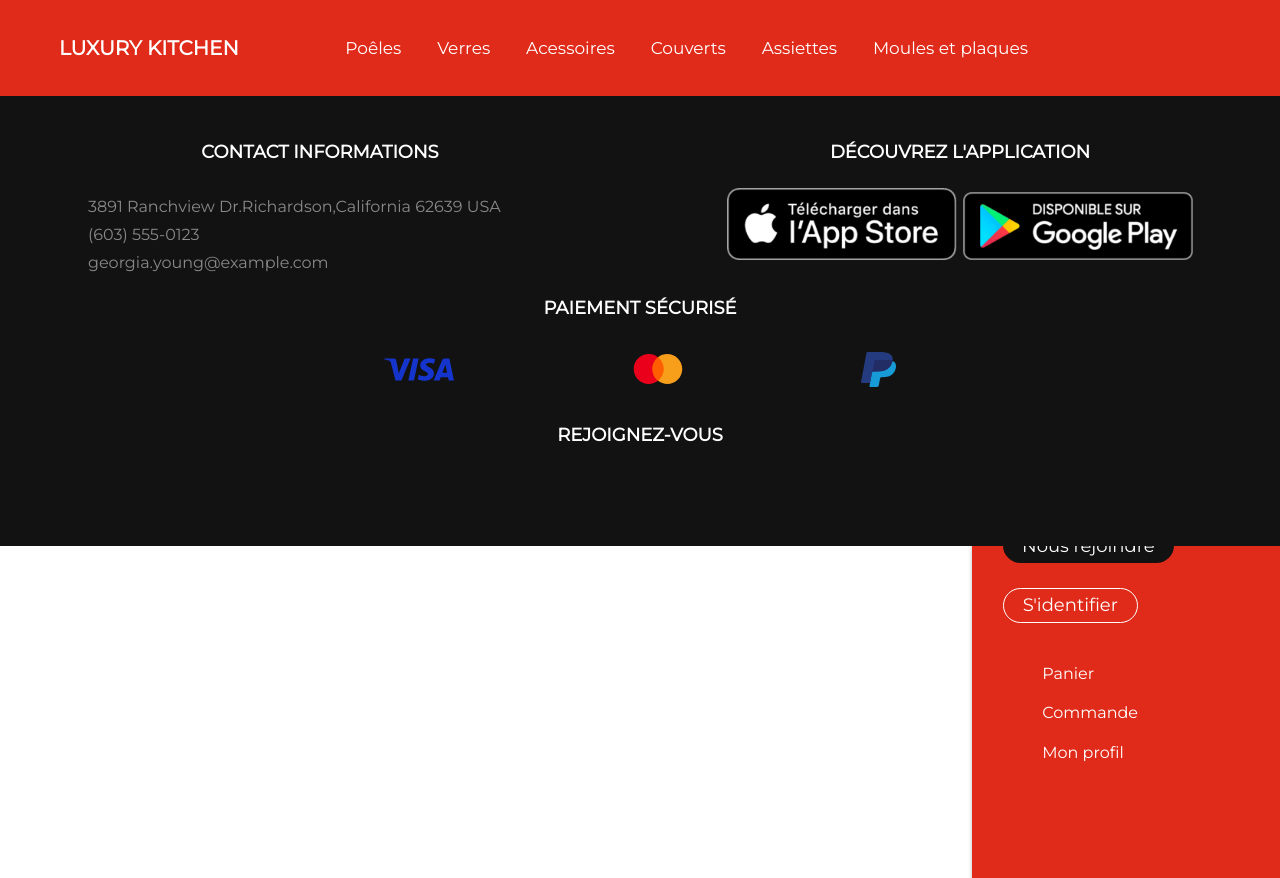
Repository: Juannpl/Luxury-Kicthen
Page: html/panier.html
These files come from the project's save history. The page is drawn as it stood at one moment and after the next save; the edit follows.
The browser window is 1280 px wide. The pictures show the whole page.
Some icons come from a web library that is not loaded, so they are not drawn.

Above is the page before, as saved 2023-02-17 09:56:31.

After the next save:
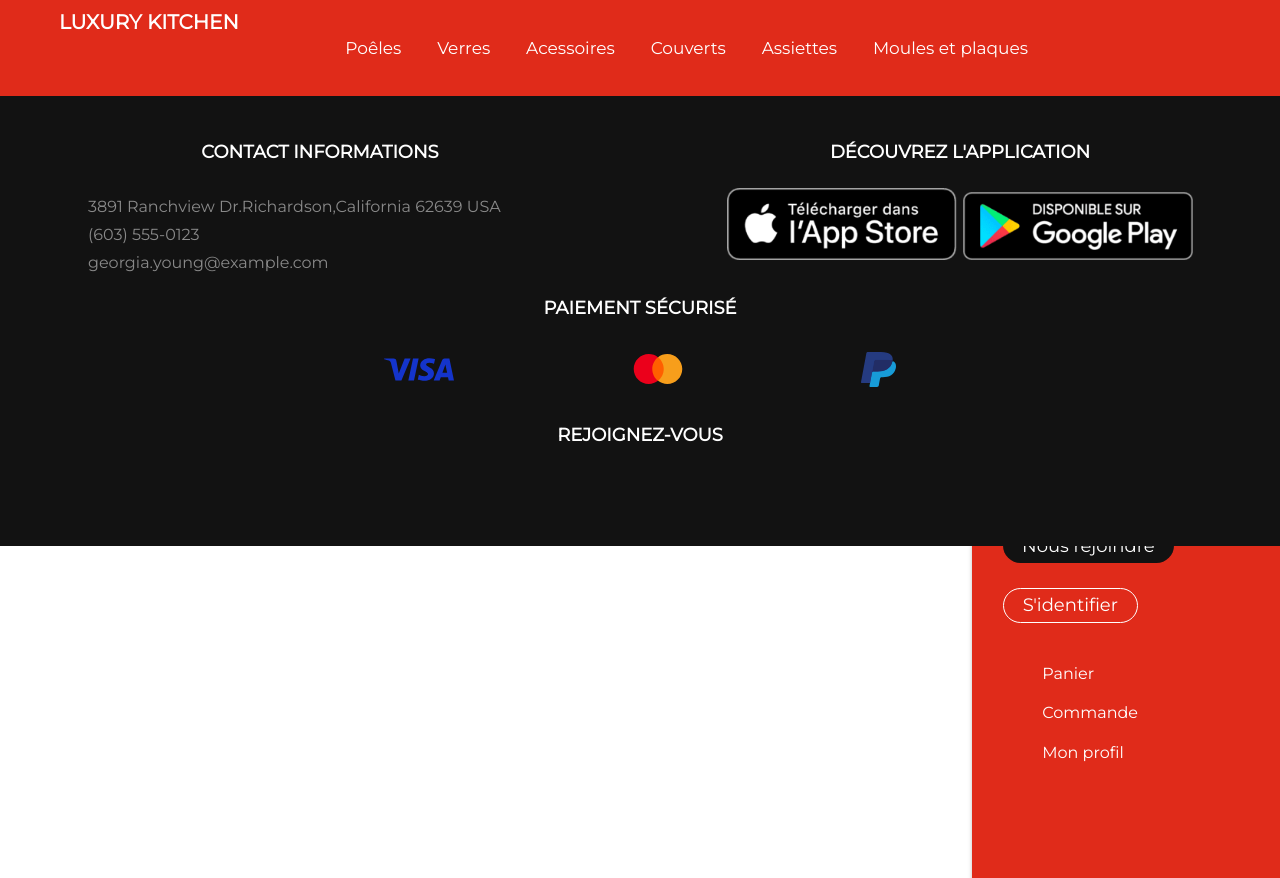
Saved 34 s later.
--- a/html/panier.html
+++ b/html/panier.html
@@ -14,18 +14,20 @@
 
 <body>
     <header class="header">
+        <!-- DEBUT DE NAV DESKTOP -->
         <nav class="nav_container row">
             <div class="logo">
                 <p>LUXURY KITCHEN</p>
+                <box-icon name='chevron-left' type='solid' color='#ffffff' size="lg"></box-icon>
             </div>
             <div class="barre_categorie">
                 <ul class="row">
-                    <li><a href="html/poêle.html">Poêles</a></li>
-                    <li><a href="html/verres.html">Verres</a></li>
-                    <li><a href="html/acessoire.html">Acessoires</a></li>
-                    <li><a href="html/couvert.html">Couverts</a></li>
-                    <li><a href="html/assiette.html">Assiettes</a></li>
-                    <li><a href="html/moule.html">Moules et plaques</a></li>
+                    <li><a href="poêle.html">Poêles</a></li>
+                    <li><a href="verres.html">Verres</a></li>
+                    <li><a href="acessoire.html">Acessoires</a></li>
+                    <li><a href="couvert.html">Couverts</a></li>
+                    <li><a href="assiette.html">Assiettes</a></li>
+                    <li><a href="moule.html">Moules et plaques</a></li>
                 </ul>
             </div>
             <div class="nav_list">
@@ -44,6 +46,8 @@
                 </ul>
             </div>
         </nav>
+        <!-- FIN DE NAV DESKTOP -->
+        <!-- COMMENCEMENT DE LA BARRE DE NAVIGATION MOBILE -->
         <div id="transparent"></div>
         <section id="barre_categorie_mobile">
             <div id="closeBtn">
@@ -52,12 +56,12 @@
             <div class="nav_contents row">
                 <div>
                     <ul class="row">
-                        <li><a href="html/poêle.html">Poêles</a></li>
-                        <li><a href="html/verres.html">Verres</a></li>
-                        <li><a href="html/acessoire.html">Acessoires</a></li>
-                        <li><a href="html/couvert.html">Couverts</a></li>
-                        <li><a href="html/assiette.html">Assiettes</a></li>
-                        <li><a href="html/moule.html">Moules et plaques</a></li>
+                        <li><a href="poêle.html">Poêles</a></li>
+                        <li><a href="verres.html">Verres</a></li>
+                        <li><a href="acessoire.html">Acessoires</a></li>
+                        <li><a href="couvert.html">Couverts</a></li>
+                        <li><a href="assiette.html">Assiettes</a></li>
+                        <li><a href="moule.html">Moules et plaques</a></li>
                     </ul>
                 </div>
                 <div>
@@ -74,15 +78,15 @@
                 <div class="items">
                     <div class="roww">
                         <box-icon name='shopping-bag' color='#ffffff' size='1.7rem'></box-icon>
-                        <p><a href="html/panier_vide.html">Panier</a></p>
+                        <p>Panier</p>
                     </div>
                     <div class="roww">
                         <box-icon type='solid' name='package' color='#ffffff' size='1.7rem'></box-icon>
-                        <p><a href="#">Commande</a></p>
+                        <p>Commande</p>
                     </div>
                     <div class="roww">
                         <box-icon name='user-circle' type='solid' color='#ffffff' size='1.7rem'></box-icon>
-                        <p><a href="#">Mon profil</a></p>
+                        <p>Mon profil</p>
                     </div>
                 </div>
                 <div class="reseaux row">
@@ -98,7 +102,7 @@
                 </div>
             </div>
         </section>
-        <!-- FIN DDE LA BARRE DE NAVIGATION MOBILE-->
+        <!-- FIN DE LA BARRE DE NAVIGATION MOBILE -->
     </header>
     <main>
 
